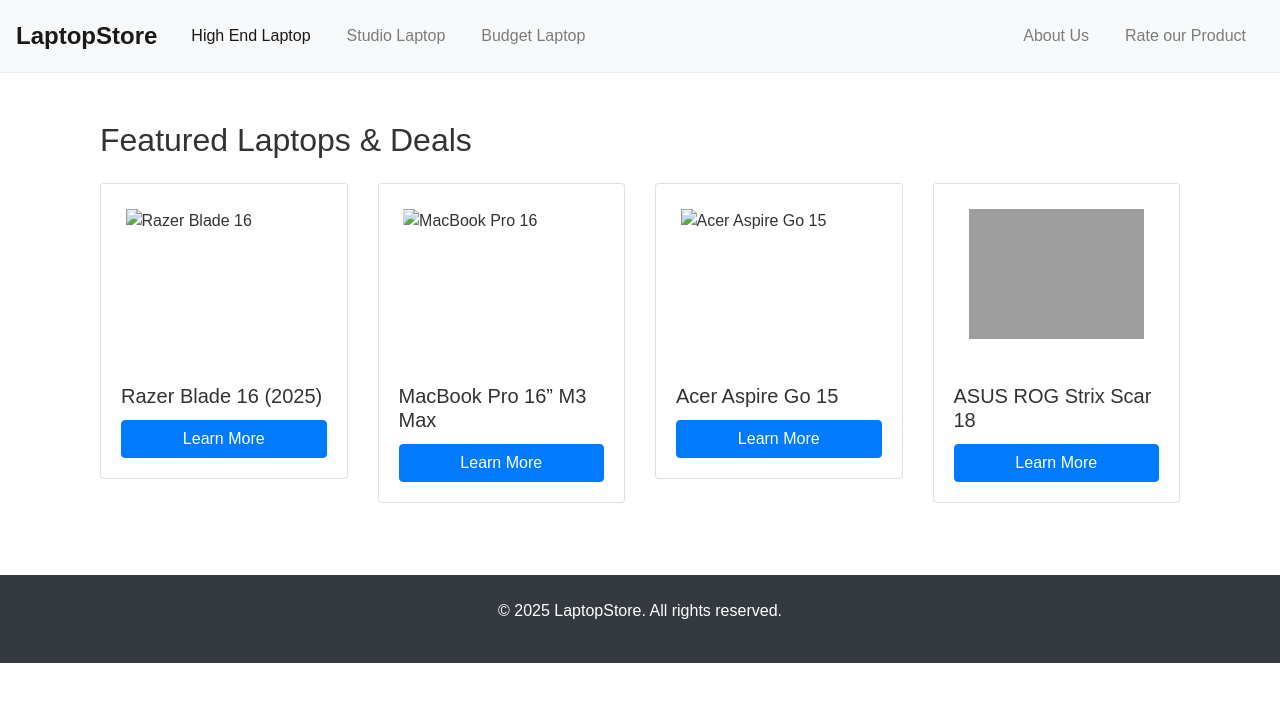
Repository: karim0829/IS218-Django-Laptop-Display
Page: http://localhost/index/
These files come from the project's save history. The page is drawn as it stood at one moment and after the next save; the edit follows.
The browser window is 1280 px wide. The pictures show the whole page.
Pictures or frames that could not be fetched are drawn as grey boxes. Some web libraries are served in a nearby version. The page is served by the project's application, run on Django 5.2 (manage.py). Other server files are loaded and not shown.

Above is the page before, as saved 2025-05-11 20:40:17.
Not found: index/BudgetPic/AcerAspireGo15.jpg
Not found: static/IMG_8894.png
Not found: static/StudioPic/macbookpro16.jpg

### homepage/templates/homepage/index.html


{% extends 'homepage/base.html' %}
{% load static %}
{% block title %}Home {% endblock %}

{% block content %}

    <!-- Featured Products Section -->
    <section class="container my-5">
      <h2 class="mb-4">Featured Laptops & Deals</h2>
      <div class="row">
        <!-- High-End Laptop: Razer Blade 16 -->
        <div class="col-md-3 col-sm-6 mb-4">
          <div class="card product-card">
            <img class="card-img-top" src = "{% static 'IMG_8894.png' %}" static 'Pic/alt="Razer Blade 16" />
            <div class="card-body">

              <h5 class="card-title">Razer Blade 16 (2025)</h5>

              <a href="{% url 'highend' %}" class="btn btn-primary btn-block">Learn More</a>
            </div>
          </div>
        </div>

        <!-- Studio Laptop: MacBook Pro 16” M3 Max -->
        <div class="col-md-3 col-sm-6 mb-4">
          <div class="card product-card">
            <img class="card-img-top" src="{% static 'StudioPic/macbookpro16.jpg' %}" alt="MacBook Pro 16" />
            <div class="card-body">
              <h5 class="card-title">MacBook Pro 16” M3 Max</h5>

              <a href="{% url 'studio' %}" class="btn btn-primary btn-block">Learn More</a>
            </div>
          </div>
        </div>

        <!-- Budget Laptop: Acer Aspire Go 15 -->
        <div class="col-md-3 col-sm-6 mb-4">
          <div class="card product-card">
            <img class="card-img-top" src="BudgetPic/AcerAspireGo15.jpg" alt="Acer Aspire Go 15" />
            <div class="card-body">
              <h5 class="card-title">Acer Aspire Go 15</h5>

              <a href="{% url 'budget' %}" class="btn btn-primary btn-block">Learn More</a>
            </div>
          </div>
        </div>

        <!-- Random Laptop: ASUS ROG Flow Z13 -->
        <div class="col-md-3 col-sm-6 mb-4">
          <div class="card product-card">

            <img class="card-img-top" src="{% static 'Pic/RazerBlade16.jpg' %}" alt="ASUS ROG Flow Z13" />
            <div class="card-body">
              <h5 class="card-title">ASUS ROG Strix Scar 18</h5>

              <a href="{% url 'highend' %}" class="btn btn-primary btn-block">Learn More</a>
            </div>
          </div>
        </div>
      </div>

    </section>



    {% endblock %}

### homepage/templates/homepage/base.html


<!DOCTYPE html>
<html lang="en">
<head>
  <meta charset="UTF-8" />
  <meta name="viewport" content="width=device-width, initial-scale=1" />
  <title>{% block title %}High End Laptops - LaptopStore {% endblock %}</title>
  <link rel="stylesheet" href="https://maxcdn.bootstrapcdn.com/bootstrap/4.0.0/css/bootstrap.min.css" />
    {% load static %}
<link rel="stylesheet" href="{% static 'style/style.css' %}" />
</head>
<body>

    <!-- Navbar -->
  <nav class="navbar navbar-expand-lg navbar-light bg-light">
    <a class="navbar-brand" href="{% url 'index' %}">LaptopStore</a>
    <button class="navbar-toggler" type="button" data-toggle="collapse" data-target="#navbarNav">
      <span class="navbar-toggler-icon"></span>
    </button>
    <div class="collapse navbar-collapse" id="navbarNav">
      <ul class="navbar-nav mr-auto">
        <li class="nav-item active"><a class="nav-link" href="{% url 'highend' %}">High End Laptop</a></li>
        <li class="nav-item"><a class="nav-link" href="{% url 'studio' %}">Studio Laptop</a></li>
        <li class="nav-item"><a class="nav-link" href="{% url 'budget' %}">Budget Laptop</a></li>

    </div>

    <ul class="navbar-nav ml-3">
          <li class="nav-item"><a class="nav-link" href="{% url 'about' %}">About Us</a></li>
          <li class="nav-item"><a class="nav-link" href="{% url 'support' %}">Rate our Product</a></li>
      </ul>
  </nav>


    <header class = "container my-5">

{% block content %}
{% endblock %}


   </header>


   <!-- Footer -->
  <footer class="bg-dark text-white py-4">
    <div class="container text-center">
      <p>&copy; 2025 LaptopStore. All rights reserved.</p>
    </div>
  </footer>

  <!-- Bootstrap JS -->
  <script src="https://code.jquery.com/jquery-3.2.1.slim.min.js"></script>
  <script src="https://cdnjs.cloudflare.com/ajax/libs/popper.js/1.12.9/umd/popper.min.js"></script>
  <script src="https://maxcdn.bootstrapcdn.com/bootstrap/4.0.0/js/bootstrap.min.js"></script>
</body>
</html>

### homepage/views.py
from datetime import datetime
from django.shortcuts import redirect, render
from django.http import HttpResponse
from django.template import loader
from .models import Product
from .models import Feedback

from django.contrib.auth.decorators import user_passes_test

from homepage.forms import FeedbackForm

from django.shortcuts import render


# Create your views here.

def index(request):
    products = Product.objects.all()
    return render(request, "homepage/index.html", {'products': products})

def about(request):
    return render(request, "homepage/about.html")

def contact(request):
    return render(request, "homepage/contact.html")

def highend(request):
    products = Product.objects.filter(model='highend')
    return render(request, "homepage/highend.html", {'products': products})

def studio(request):
    products = Product.objects.filter(model='studio')
    return render(request, "homepage/studio.html", {'products': products})

def budget(request):
    products = Product.objects.filter(model='budget')
    return render(request, "homepage/budget.html", {'products': products})


def support(request):
    form = FeedbackForm()
    return render(request, "homepage/support.html", {"form": form})

#admin page views

def admin(user):
    return user.is_authenticated and user.is_superuser

@user_passes_test(lambda u: u.is_superuser, login_url='forbidden')
def feedbackview(request):
    feedbacks = Feedback.objects.all().order_by('-timestamp')
    return render(request, 'homepage/restricted.html', {'feedbacks': feedbacks})

def forbidden(request):
    return render(request, 'homepage/forbidden.html')
#contact
def review_form(request):
    form = FeedbackForm(request.POST or request.FILES or None)

    if request.method == "POST":
        if form.is_valid():
            message = form.save(commit=False)
            message.log_date = datetime.now()
            message.save()
            return redirect("support")

        else:
            return render(request, "homepage/support.html", {"form":form})

    return render(request, "homepage/support.html", {"form":form})

def feedback_view(request):
    if request.method == 'POST':
        form = FeedbackForm(request.POST)
        if form.is_valid():
            form.save()
            return redirect('thank_you')  # after submitting feedback
    else:
        form = FeedbackForm()
    return render(request, 'homepage/feedback.html', {'form': form})




def product_list(request):
    products = Product.objects.all()
    return render(request, 'homepage/index.html', {'products': products})

### laptops/urls.py
"""
URL configuration for laptops project.

The `urlpatterns` list routes URLs to views. For more information please see:
    https://docs.djangoproject.com/en/5.2/topics/http/urls/
Examples:
Function views
    1. Add an import:  from my_app import views
    2. Add a URL to urlpatterns:  path('', views.home, name='home')
Class-based views
    1. Add an import:  from other_app.views import Home
    2. Add a URL to urlpatterns:  path('', Home.as_view(), name='home')
Including another URLconf
    1. Import the include() function: from django.urls import include, path
    2. Add a URL to urlpatterns:  path('blog/', include('blog.urls'))
"""
from django.contrib import admin
from django.urls import path
from django.urls import include



urlpatterns = [
    path('admin/', admin.site.urls),
    path('', include('homepage.urls'))
]

### homepage/urls.py
from django.urls import path
from . import views
from django.conf import settings
from django.conf.urls.static import static
from .views import feedbackview


urlpatterns = [
    path("index/", views.index, name="index"),
    path("about/", views.about, name="about"),
    path("contact/", views.contact, name="contact"),
    path("support/", views.review_form, name="support"),
    path("feedback/", views.review_form, name="feedback"),
    path("products/", views.product_list, name="product_list"),
    path("highend/", views.highend, name="highend"),
    path("studio/", views.studio, name="studio"),
    path("budget/", views.budget, name="budget"),
    path("restricted/", feedbackview, name="restricted"),
     path("forbidden/", views.forbidden, name="forbidden"),








]

urlpatterns += static(settings.MEDIA_URL, document_root=settings.MEDIA_ROOT)

### homepage/static/homepage/style.css
/* General Styles */
.navbar-nav .nav-item {
float:right;
}

.carousel-item img {
  height: 100%;
  object-fit: cover;
  width: 100%;
  object-position: center top;
}

.carousel-inner img {
  width: 100%;
  height: 450px;
  object-fit: cover;
}

.carousel-item {
  height: 400px;
  background-size: cover;
  background-position: center;
}

.product-card img {
  height: 200px;
  object-fit: cover;
}

/* Footer Styles */
footer a {
  text-decoration: none;
}
/* General Styles */
body {
  font-family: Arial, sans-serif;
  margin: 0;
  background-color: #fff;
  color: #333;
}

/* Navigation Styles */
.navbar {
  background-color: #fff;
  border-bottom: 1px solid #eee;
  padding: 0.8rem 1rem;
}

.navbar-brand {
  font-weight: bold;
  font-size: 1.5rem;
}

.navbar-nav .nav-link {
  margin: 0 10px;
  color: #333;
}

.navbar-nav .nav-link:hover {
  color: #007bff;
}

/* Support Hero Section */
.support-hero {
  background: url("support-hero.jpg") center center/cover no-repeat;
  height: 50vh;
  position: relative;
  display: flex;
  justify-content: center;
  align-items: center;
}

.support-hero-overlay {
  background-color: rgba(0, 0, 0, 0.5);
  width: 100%;
  height: 100%;
  display: flex;
  align-items: center;
}

.support-hero .container {
  position: relative;
  z-index: 2;
  text-align: center;
}

/* FAQ Section Styles */
.card-header button {
  width: 100%;
  text-align: left;
  color: #333;
  font-size: 1.1rem;
}

/* Contact Form */
form .form-group label {
  font-weight: bold;
}

/* Footer Styles */
footer {
  background-color: #343a40;
  color: #fff;
}

footer a {
  text-decoration: none;
}
/* General Styles */
body {
  font-family: Arial, sans-serif;
  margin: 0;
  background-color: #fff;
  color: #333;
}

/* Navigation Styles */
.navbar {
  background-color: #fff;
  border-bottom: 1px solid #eee;
  padding: 0.8rem 1rem;
}

.navbar-brand {
  font-weight: bold;
  font-size: 1.5rem;
}

.navbar-nav .nav-link {
  margin: 0 10px;
  color: #333;
}

.navbar-nav .nav-link:hover {
  color: #007bff;
}

/* About Us Hero Section */
.about-hero {
  background: url("about-hero.jpg") center center/cover no-repeat;
  height: 50vh;
  position: relative;
  display: flex;
  justify-content: center;
  align-items: center;
}

.about-hero-overlay {
  background-color: rgba(0, 0, 0, 0.5);
  width: 100%;
  height: 100%;
  display: flex;
  justify-content: center;
  align-items: center;
}

/* Team Section Styles */
.team-photo {
  width: 150px;
  height: 150px;
  object-fit: cover;
}

/* Footer Styles */
footer {
  background-color: #343a40;
  color: #fff;
  padding: 20px 0;
}

footer a {
  text-decoration: none;
}
/* General Styles */
body {
  font-family: Arial, sans-serif;
  margin: 0;
  background-color: #fff;
  color: #333;
}

/* Navigation Styles */
.navbar {
  background-color: #fff;
  border-bottom: 1px solid #eee;
  padding: 0.8rem 1rem;
}

.navbar-brand {
  font-weight: bold;
  font-size: 1.5rem;
}

.navbar-nav .nav-link {
  margin: 0 10px;
  color: #333;
}

.navbar-nav .nav-link.active,
.navbar-nav .nav-link:hover {
  color: #007bff;
}

/* Product Cards */
.product-card img {
  width: 100%;
  height: 180px;
  object-fit: contain;
  padding: 10%;
  background-color: #fff;
}

/* Footer Styles */
footer {
  background-color: #343a40;
  color: #fff;
}

footer a {
  text-decoration: none;
}

/* Utility Classes */
.text-white {
  color: #fff !important;
}

After the next save:
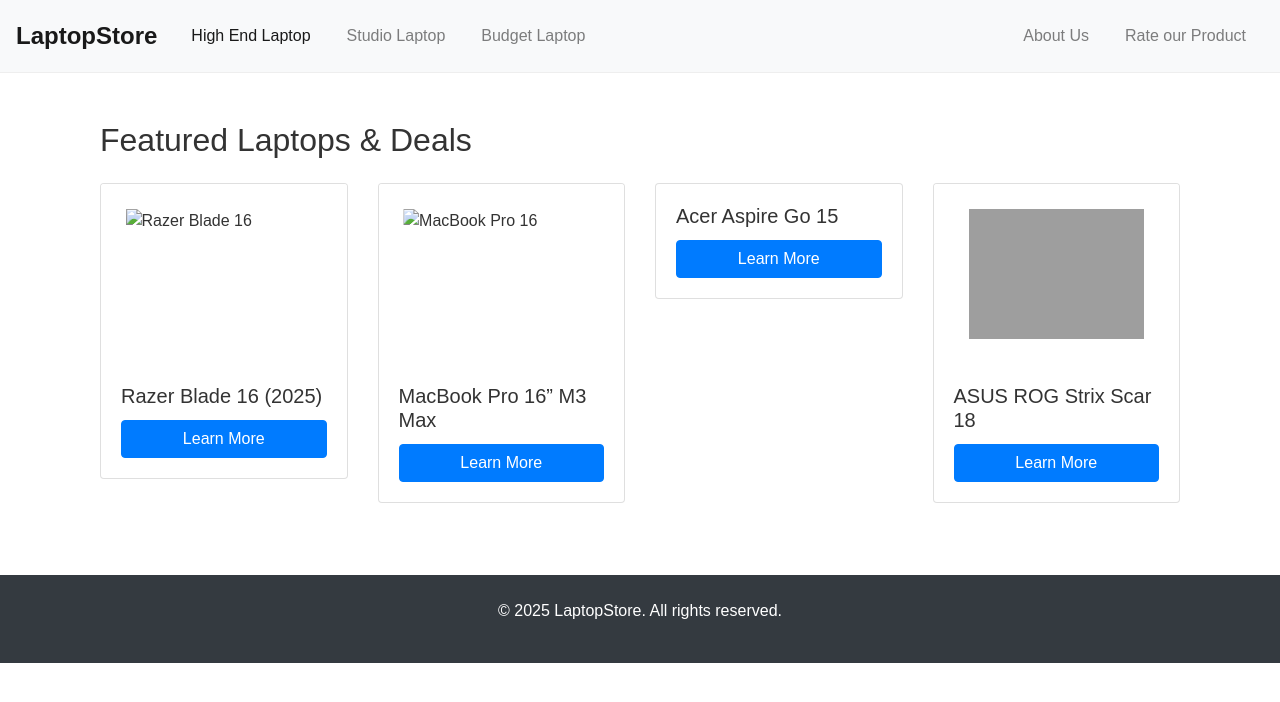
Saved 4 s later.
--- a/homepage/templates/homepage/index.html
+++ b/homepage/templates/homepage/index.html
@@ -38,7 +38,6 @@
         <!-- Budget Laptop: Acer Aspire Go 15 -->
         <div class="col-md-3 col-sm-6 mb-4">
           <div class="card product-card">
-            <img class="card-img-top" src="BudgetPic/AcerAspireGo15.jpg" alt="Acer Aspire Go 15" />
             <div class="card-body">
               <h5 class="card-title">Acer Aspire Go 15</h5>
 
